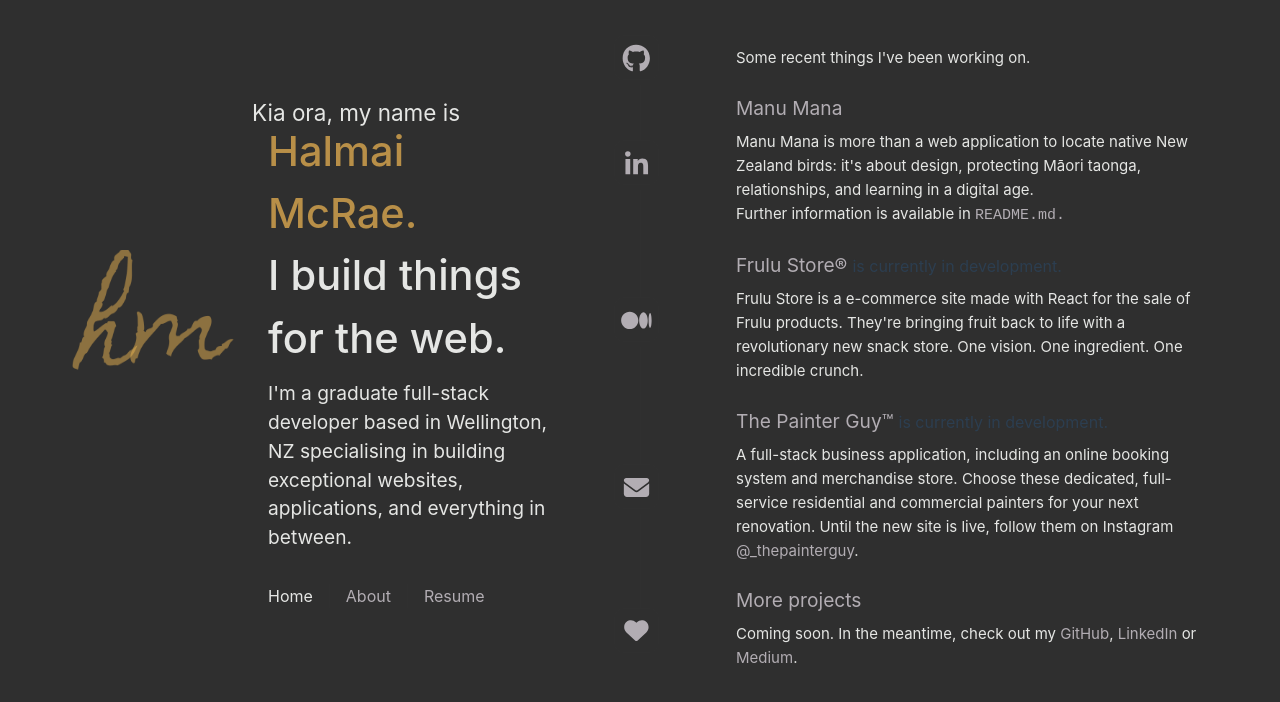
Repository: halmai-mcrae/halmai-vue-portfolio
Page: /
These files come from the project's save history. The page is drawn as it stood at one moment and after the next save; the edit follows.
The browser window is 1280 px wide. The pictures show the whole page.
The project was rebuilt for these pictures with package versions that can differ from the ones it lists, and the page was loaded fresh each time. Also part of the build but not shown: vite.config.ts.

Above is the page before, as saved 2022-09-07 17:54:23.

### index.html
<!DOCTYPE html>
<html lang="en">
  <head>
    <meta charset="UTF-8" />
    <link rel="icon" href="public/favicon.ico" />
    <link rel="apple-touch-icon" sizes="180x180" href="/apple-touch-icon.png">
    <link rel="icon" type="image/png" sizes="32x32" href="/favicon-32x32.png">
    <link rel="icon" type="image/png" sizes="16x16" href="/favicon-16x16.png">
    <link rel="manifest" href="/site.webmanifest">
    <meta name="viewport" content="width=device-width, initial-scale=1.0" />
    <title>Halmai McRae</title>
  </head>
  <body>
    <div id="app"></div>
    <script type="module" src="/src/main.ts"></script>
  </body>
</html>

### src/App.vue
<script setup lang="ts">
import { RouterLink, RouterView } from "vue-router";
import HelloWorld from "@/components/HelloWorld.vue";
</script>

<template>
  <header>
    <img
      alt="hm script"
      class="logo"
      src="@/assets/hmlogo.png"
      width="180"
      height="220"
    />

    <div class="wrapper">
      <HelloWorld msg="Halmai McRae" />

      <nav class="nav">
        <RouterLink to="/">Home</RouterLink>
        <RouterLink to="/about">About</RouterLink>
      <a href="/Halmai_McRae_Resume.pdf" target="_blank">
        Resume
      </a>
      </nav>

      <nav class="nav-hidden">
        <a href="https://github.com/halmai-mcrae">
          <font-awesome-icon icon="fa-brands fa-github" transform="grow-14 down-2"/>
        </a>
        <a href="https://www.linkedin.com/in/halmai-mcrae/">
          <font-awesome-icon icon="fa-brands fa-linkedin-in" transform="grow-12 down-2"/>
        </a>
        <a href="https://medium.com/@halmaimcrae">
          <font-awesome-icon icon="fa-brands fa-medium" transform="grow-10 down-2"/>
        </a>
        <a href="mailto: hello@halmaimcrae.co.nz">
          <font-awesome-icon icon="fa-solid fa-envelope" transform="grow-11 down-1"/>
        </a>
    <RouterLink to="/interests">
      <font-awesome-icon icon="fa-solid fa-heart" fixed-width transform="grow-10 down-1"/>
      </RouterLink>
      </nav>

    </div>
  </header>

  <RouterView />
</template>

<style>
@import "@/assets/base.css";

#app {
  max-width: 1200px;
  margin: 0 auto;
  padding: 2rem;
  font-weight: normal;
}

header {
  line-height: 1.5;
  max-height: 100vh;
}

.logo {
  display: block;
  margin: 0 auto 2rem;
}

a,
.green {
  text-decoration: none;
  color:  #B2ADB3;
  transition: 0.4s;
}

.nav-hidden {
    display: none;
  }

@media (hover: hover) {
  a:hover {
    background-color: transparent;
  }
}

nav {
  width: 100%;
  max-width: none;
  font-size: 12px;
  text-align: center;
  margin-top: 2rem;
}

nav a.router-link-exact-active {
  color: #e5e6e4;
}

nav a.router-link-exact-active:hover {
  background-color: transparent;
}

nav a {
  display: inline-block;
  padding: 0 1rem;
  border-left: 1px solid var(--color-border);
}

nav a:first-of-type {
  border: 0;
}

@media (min-width: 1024px) {
  body {
    display: flex;
    place-items: center;
  }

  #app {
    display: grid;
    grid-template-columns: 1fr 1fr;
    padding: 0 2rem;
  }

  header {
    display: flex;
    place-items: center;
    padding-right: calc(var(--section-gap) / 2);
  }

  header .wrapper {
    display: flex;
    place-items: flex-start;
    flex-wrap: wrap;
  }

  .logo {
    margin: 0 1rem 0 0;
  }

  nav {
    text-align: left;
    margin-left: -1rem;
    font-size: 1rem;

    padding: 1rem 0;
    margin-top: 1rem;
  }
}
@media (max-width: 1024px) {
  nav {
    font-size: 2.5vh;
  }
  .nav-hidden {
    display: block;
    margin-bottom: 2rem;
    padding: 10px;
  }

  .nav-hidden :hover {
    background-color: transparent;
  }

  /* .logo {
    margin-top: 1.5rem;
    margin-bottom: -25px
  } */
}
</style>

### src/router/index.ts
import { createRouter, createWebHistory } from "vue-router";
import HomeView from "../views/HomeView.vue";

const router = createRouter({
  history: createWebHistory(import.meta.env.BASE_URL),
  routes: [
    {
      path: "/",
      name: "home",
      component: HomeView,
    },
    {
      path: "/about",
      name: "about",
      // route level code-splitting
      // this generates a separate chunk (About.[hash].js) for this route
      // which is lazy-loaded when the route is visited.
      component: () => import("../views/AboutView.vue"),
    },
    {
      path: "/interests",
      name: "interests",
      component: () => import("../views/InterestsView.vue"),
    },
  ],
});

export default router;

### src/assets/base.css
/* color palette from <https://github.com/vuejs/theme> */

:root {
  --vt-c-white: #ffffff;
  --vt-c-white-soft: #f8f8f8;
  --vt-c-white-mute: #f2f2f2;

  --vt-c-black: #181818;
  --vt-c-black-soft: #222222;
  --vt-c-black-mute: #282828;

  --vt-c-indigo: #2c3e50;

  --vt-c-divider-light-1: rgba(60, 60, 60, 0.29);
  --vt-c-divider-light-2: rgba(60, 60, 60, 0.12);
  --vt-c-divider-dark-1: rgba(84, 84, 84, 0.65);
  --vt-c-divider-dark-2: rgba(84, 84, 84, 0.48);

  --vt-c-text-light-1: var(--vt-c-indigo);
  --vt-c-text-light-2: rgba(60, 60, 60, 0.66);
  --vt-c-text-dark-1: var(--vt-c-white);
  --vt-c-text-dark-2: rgba(235, 235, 235, 0.64);
}

/* semantic color variables for this project */
:root {
  --color-background: var(--vt-c-white);
  --color-background-soft: var(--vt-c-white-soft);
  --color-background-mute: var(--vt-c-white-mute);

  --color-border: var(--vt-c-divider-light-2);
  --color-border-hover: var(--vt-c-divider-light-1);

  --color-heading: var(--vt-c-text-light-1);
  --color-text: var(--vt-c-text-light-1);

  --section-gap: 160px;
}

@media (prefers-color-scheme: dark) {
  :root {
    --color-background: var(--vt-c-black);
    --color-background-soft: var(--vt-c-black-soft);
    --color-background-mute: var(--vt-c-black-mute);

    --color-border: var(--vt-c-divider-dark-2);
    --color-border-hover: var(--vt-c-divider-dark-1);

    --color-heading: var(--vt-c-text-dark-1);
    --color-text: var(--vt-c-text-dark-2);
  }
}

*,
*::before,
*::after {
  box-sizing: border-box;
  margin: 0;
  position: relative;
  font-weight: normal;
}

body {
  min-height: 100vh;
  color: #e5e6e4;
  background: #2f2f2f;
  transition: color 0.5s, background-color 0.5s;
  line-height: 1.6;
  font-family: Inter, -apple-system, BlinkMacSystemFont, 'Segoe UI', Roboto, Oxygen, Ubuntu,
    Cantarell, 'Fira Sans', 'Droid Sans', 'Helvetica Neue', sans-serif;
  font-size: 15px;
  text-rendering: optimizeLegibility;
  -webkit-font-smoothing: antialiased;
  -moz-osx-font-smoothing: grayscale;
}

### src/components/HelloWorld.vue
<script setup lang="ts">
defineProps<{
  msg: string;
}>();
</script>

<template>
  <div class="greetings">
    <h2>Kia ora, my name is</h2>
    <h1 class="green">{{ msg }}.</h1>
    <h1 class="sub">I build things for the web.</h1>
    <h3>
      I'm a graduate full-stack developer based in Wellington, NZ specialising in
      building exceptional websites, applications, and everything in between.
    </h3>
  </div>
</template>

<style scoped>
h1 {
  font-weight: 500;
  font-size: 2.6rem;
  top: -10px;
  color: #B88F48;
}

h3 {
  font-size: 1.2rem;
}

.greetings h1,
.greetings h3 {
  text-align: center;
}
.sub {
  color: #e5e6e4;
}

@media (min-width: 1024px) {
  .greetings h1,
  .greetings h3 {
    text-align: left;
  }
  .greetings h2 {
    margin-left: -1rem;
  }
}
</style>

### src/components/TheWelcome.vue
<script setup lang="ts">
import WelcomeItem from "./WelcomeItem.vue";
import { RouterLink, RouterView }from "vue-router";
</script>

<template>
  <WelcomeItem>
    <template #icon>
      <a href="https://github.com/halmai-mcrae">
        <font-awesome-icon icon="fa-brands fa-github" transform="grow-14 down-2"/>
      </a>
    </template>
      Some recent things I've been working on.
  </WelcomeItem>

  <WelcomeItem>
    <template #icon>
    <a  href="https://www.linkedin.com/in/halmai-mcrae/" ><font-awesome-icon icon="fa-brands fa-linkedin-in" transform="grow-12 down-2" /></a>
    </template>
    <template #heading><a href="https://manu-mana.herokuapp.com/">Manu Mana</a>
    </template>
      Manu Mana is more than a web application to locate native New Zealand birds: it's about design, protecting Māori taonga, relationships, and learning in a digital age.
    <br />
      Further information is available in <a href="https://github.com/halmai-mcrae/Manu-Mana#readme"><code>README.md.</code></a>
  </WelcomeItem>

  <WelcomeItem>
    <template #icon>
      <a href="https://medium.com/@halmaimcrae">
        <font-awesome-icon icon="fa-brands fa-medium" transform="grow-10 down-2"/>
      </a>
    </template>

    <template #heading><a href="/">Frulu Store®</a> <small>is currently in development.</small>
    </template>
    Frulu Store is a e-commerce site made with React for the sale of Frulu products.
    They're bringing fruit back to life with a revolutionary new snack store.
    One vision. One ingredient. One incredible crunch.
  </WelcomeItem>

  <WelcomeItem>
    <template #icon>
    <a href="mailto: hello@halmaimcrae.co.nz">
      <font-awesome-icon icon="fa-solid fa-envelope" transform="grow-11 down-1"/>
    </a>
    </template>
    <template #heading><a href="/">The Painter Guy™</a> <small>is currently in development.</small>
    </template>
    A full-stack business application, including an online booking system and merchandise store.
    Choose these dedicated, full-service residential and commercial painters for your next renovation.
    Until the new site is live, follow them on Instagram <a href="https://www.instagram.com/_thepainterguy/">@_thepainterguy</a>.
    </WelcomeItem>

    <WelcomeItem>
      <template #icon>
        <RouterLink to="/interests"><font-awesome-icon icon="fa-solid fa-heart" fixed-width transform="grow-10 down-1"/>
        </RouterLink>
      <RouterView />
      </template>
      <template #heading><a href="/">More projects</a></template>
        Coming soon. In the meantime, check out my <a href="https://github.com/halmai-mcrae">GitHub</a>, <a href="https://www.linkedin.com/in/halmai-mcrae/">LinkedIn</a> or <a href="https://medium.com/@halmaimcrae">Medium</a>.
    </WelcomeItem>
</template>

Loaded but not shown: src/main.ts (common file); src/views/HomeView.vue (common file); src/components/WelcomeItem.vue (common file)

After the next save:
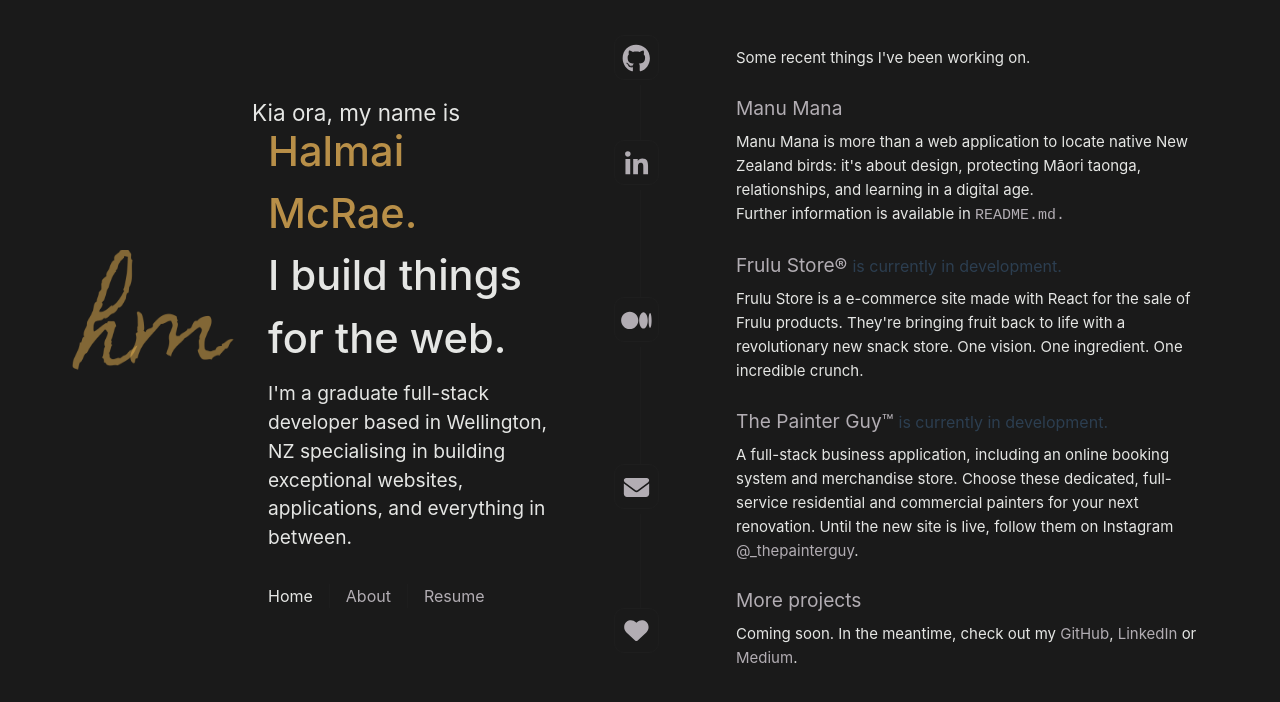
Saved 51 s later.
--- a/src/assets/base.css
+++ b/src/assets/base.css
@@ -63,7 +63,7 @@
 body {
   min-height: 100vh;
   color: #e5e6e4;
-  background: #2f2f2f;
+  background: #1a1a1a;
   transition: color 0.5s, background-color 0.5s;
   line-height: 1.6;
   font-family: Inter, -apple-system, BlinkMacSystemFont, 'Segoe UI', Roboto, Oxygen, Ubuntu,
